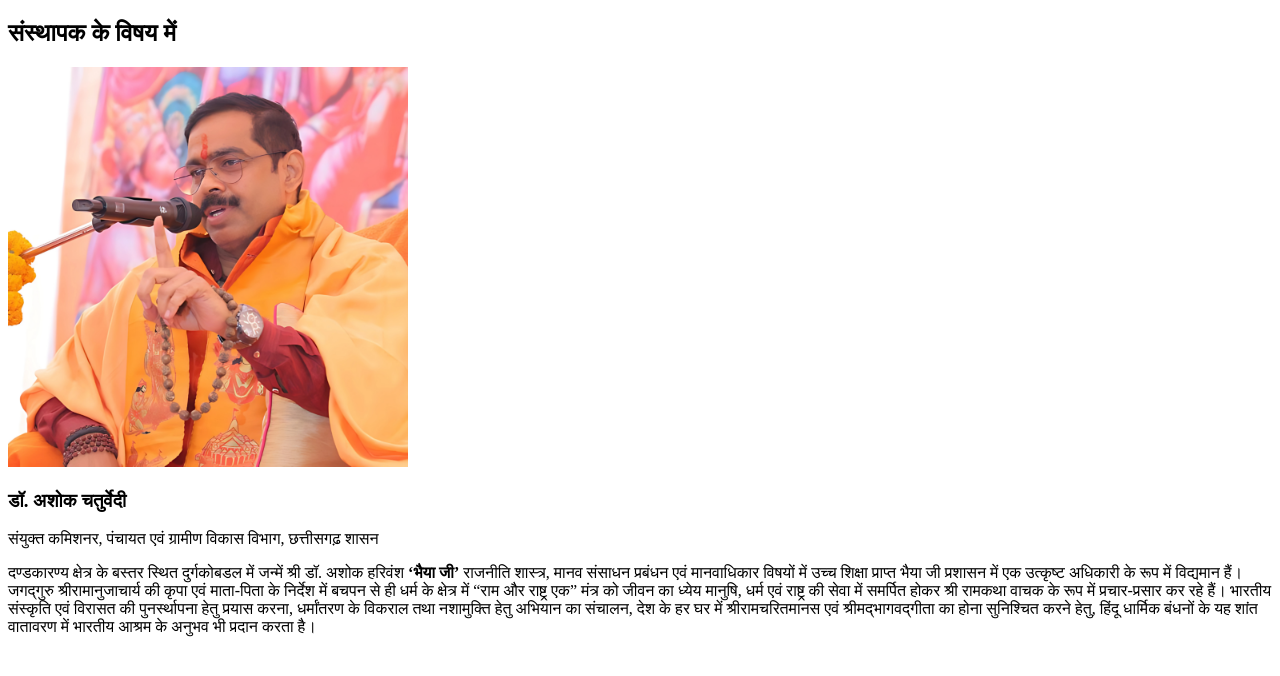
Repository: as-avni/lokmeeram
Page: /founder
These files come from the project's save history. The page is drawn as it stood at one moment and after a run of saves; the edit follows.
The browser window is 1280 px wide. The pictures show the whole page.
The project was rebuilt for these pictures with package versions that can differ from the ones it lists, and the page was loaded fresh each time. The framework's server and built-in components were replaced by stand-ins that run in the browser. Also part of the build but not shown: next.config.ts.

Above is the page before, as saved 2025-06-27 05:37:33.

After the next 2 saves:
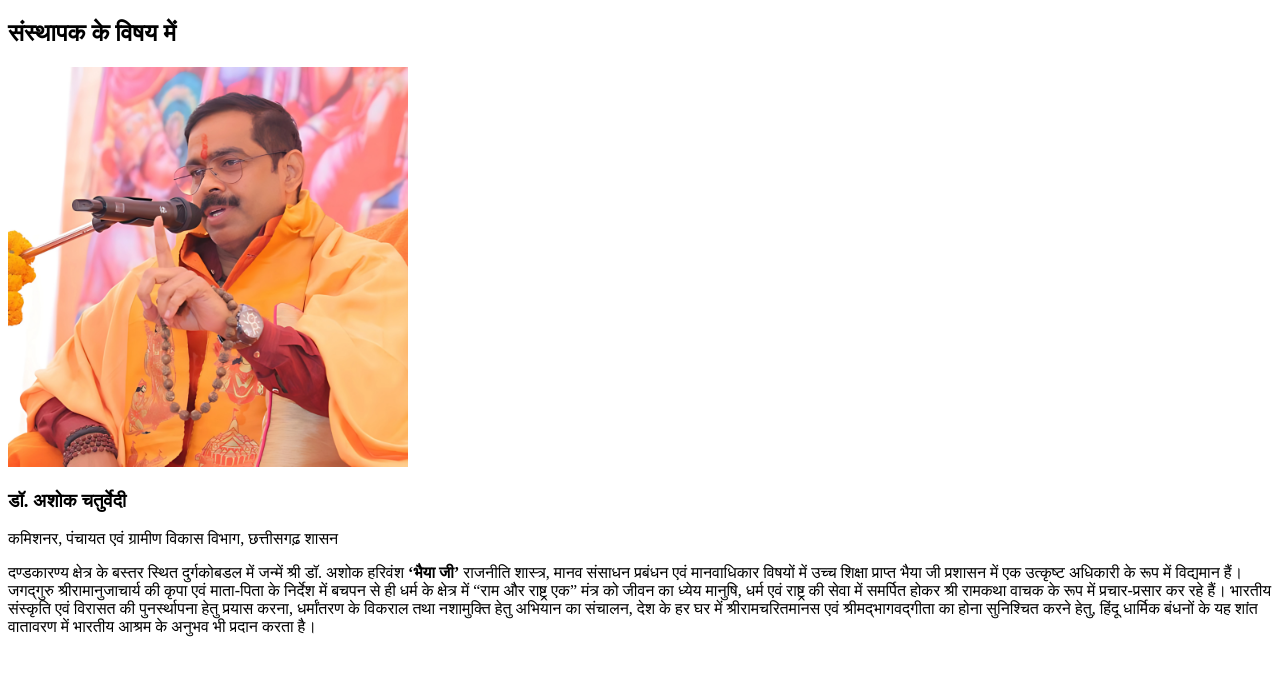
The 2 saves are shown as one change because 1 did not build or start.
The last was saved 93 s later.
--- a/src/app/founder/page.tsx
+++ b/src/app/founder/page.tsx
@@ -24,13 +24,17 @@
                 />
             </div>
             <h3 className="text-2xl font-bold mb-1 text-center font-[Poppins]">डॉ. अशोक चतुर्वेदी</h3>
-            <p className="text-lg font-semibold text-gray-800 mb-2">संयुक्त
-            कमिशनर, पंचायत एवं ग्रामीण विकास विभाग, छत्तीसगढ़ शासन</p>
+        <div className="max-w-4xl mx-auto mt-5 md:mt-10">
+            <p className="text-lg font-semibold text-gray-800 mb-2 prose text-center">
+                कमिशनर, पंचायत एवं ग्रामीण विकास विभाग, छत्तीसगढ़ शासन
+            </p>
             <p className="text-xl text-gray-500">दण्डकारण्य क्षेत्र के बस्तर स्थित दुर्गकोबडल में जन्में श्री डॉ. अशोक हरिवंश <strong> ‘भैया जी’</strong> राजनीति शास्त्र, मानव संसाधन प्रबंधन एवं मानवाधिकार विषयों में उच्च शिक्षा प्राप्त भैया जी प्रशासन में एक उत्कृष्ट अधिकारी के रूप में विद्यमान हैं।
 
 जगद्गुरु श्रीरामानुजाचार्य की कृपा एवं माता-पिता के निर्देश में बचपन से ही धर्म के क्षेत्र में “राम और राष्ट्र एक” मंत्र को जीवन का ध्येय मानुषि, धर्म एवं राष्ट्र की सेवा में समर्पित होकर श्री रामकथा वाचक के रूप में प्रचार-प्रसार कर रहे हैं।
 
-भारतीय संस्कृति एवं विरासत की पुनर्स्थापना हेतु प्रयास करना, धर्मांतरण के विकराल तथा नशामुक्ति हेतु अभियान का संचालन, देश के हर घर में श्रीरामचरितमानस एवं श्रीमद्भागवद्गीता का होना सुनिश्चित करने हेतु, हिंदू धार्मिक बंधनों के यह शांत वातावरण में भारतीय आश्रम के अनुभव भी प्रदान करता है।</p>
+भारतीय संस्कृति एवं विरासत की पुनर्स्थापना हेतु प्रयास करना, धर्मांतरण के विकराल तथा नशामुक्ति हेतु अभियान का संचालन, देश के हर घर में श्रीरामचरितमानस एवं श्रीमद्भागवद्गीता का होना सुनिश्चित करने हेतु, हिंदू धार्मिक बंधनों के यह शांत वातावरण में भारतीय आश्रम के अनुभव भी प्रदान करता है।
+            </p>
+            </div>
             </CardContent>
         </Card>
 {/*

After the save that followed:
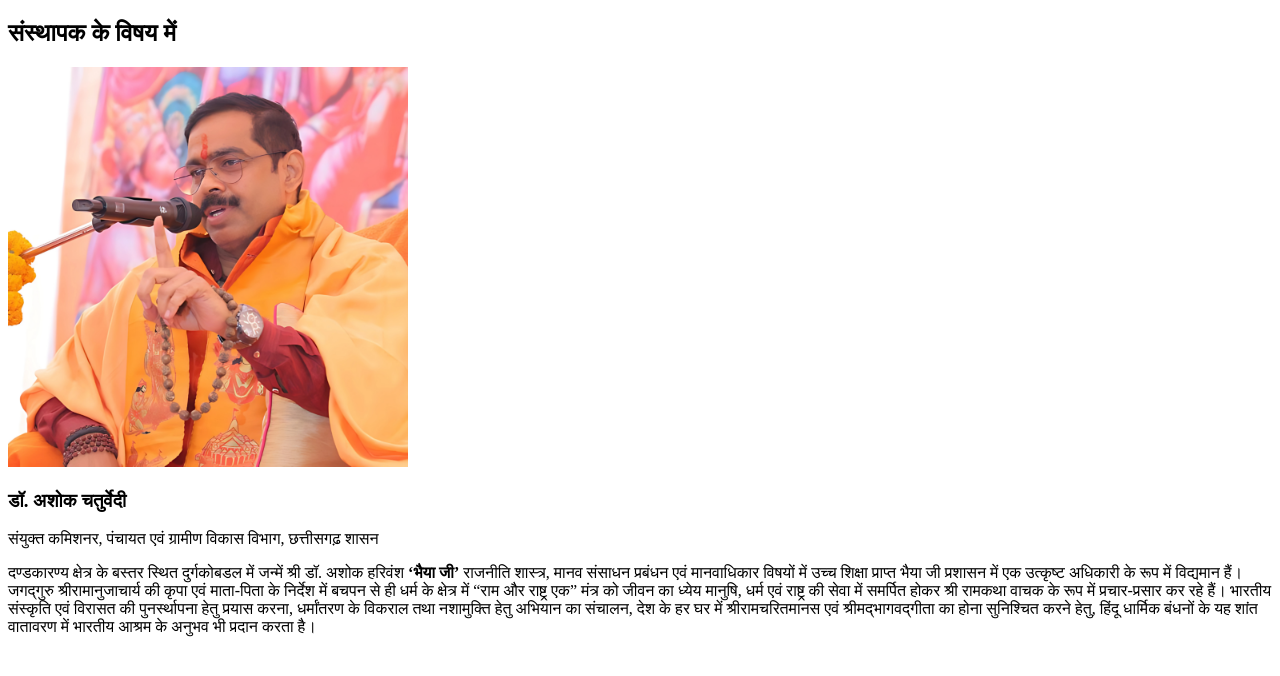
Saved 11 s later.
--- a/src/app/founder/page.tsx
+++ b/src/app/founder/page.tsx
@@ -24,17 +24,13 @@
                 />
             </div>
             <h3 className="text-2xl font-bold mb-1 text-center font-[Poppins]">डॉ. अशोक चतुर्वेदी</h3>
-        <div className="max-w-4xl mx-auto mt-5 md:mt-10">
-            <p className="text-lg font-semibold text-gray-800 mb-2 prose text-center">
-                कमिशनर, पंचायत एवं ग्रामीण विकास विभाग, छत्तीसगढ़ शासन
-            </p>
+            <p className="text-lg font-semibold text-gray-800 mb-2">संयुक्त
+            कमिशनर, पंचायत एवं ग्रामीण विकास विभाग, छत्तीसगढ़ शासन</p>
             <p className="text-xl text-gray-500">दण्डकारण्य क्षेत्र के बस्तर स्थित दुर्गकोबडल में जन्में श्री डॉ. अशोक हरिवंश <strong> ‘भैया जी’</strong> राजनीति शास्त्र, मानव संसाधन प्रबंधन एवं मानवाधिकार विषयों में उच्च शिक्षा प्राप्त भैया जी प्रशासन में एक उत्कृष्ट अधिकारी के रूप में विद्यमान हैं।
 
 जगद्गुरु श्रीरामानुजाचार्य की कृपा एवं माता-पिता के निर्देश में बचपन से ही धर्म के क्षेत्र में “राम और राष्ट्र एक” मंत्र को जीवन का ध्येय मानुषि, धर्म एवं राष्ट्र की सेवा में समर्पित होकर श्री रामकथा वाचक के रूप में प्रचार-प्रसार कर रहे हैं।
 
-भारतीय संस्कृति एवं विरासत की पुनर्स्थापना हेतु प्रयास करना, धर्मांतरण के विकराल तथा नशामुक्ति हेतु अभियान का संचालन, देश के हर घर में श्रीरामचरितमानस एवं श्रीमद्भागवद्गीता का होना सुनिश्चित करने हेतु, हिंदू धार्मिक बंधनों के यह शांत वातावरण में भारतीय आश्रम के अनुभव भी प्रदान करता है।
-            </p>
-            </div>
+भारतीय संस्कृति एवं विरासत की पुनर्स्थापना हेतु प्रयास करना, धर्मांतरण के विकराल तथा नशामुक्ति हेतु अभियान का संचालन, देश के हर घर में श्रीरामचरितमानस एवं श्रीमद्भागवद्गीता का होना सुनिश्चित करने हेतु, हिंदू धार्मिक बंधनों के यह शांत वातावरण में भारतीय आश्रम के अनुभव भी प्रदान करता है।</p>
             </CardContent>
         </Card>
 {/*
